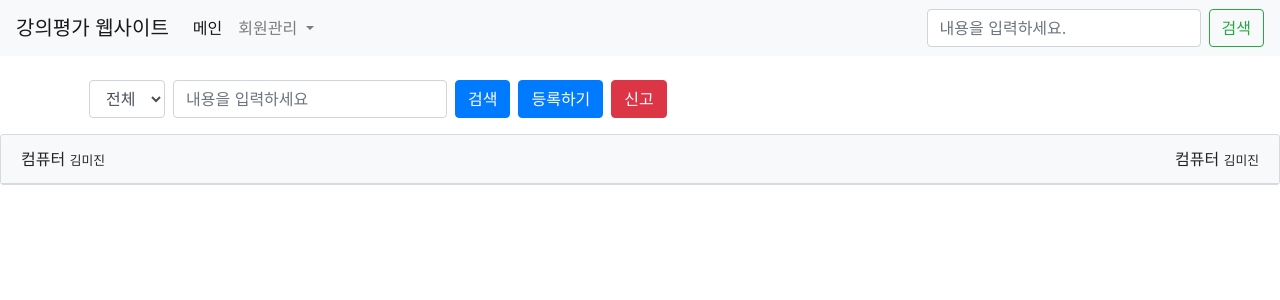
Repository: mijin99/lecture-evaluation
Page: http://localhost/Lecture_Evaluation/
These files come from the project's save history. The page is drawn as it stood at one moment and after the next save; the edit follows.
The browser window is 1280 px wide. The pictures show the whole page.
The page is served by Tomcat 9. Other server files are loaded and not shown.

Above is the page before, as saved 2020-12-24 17:20:28.

### Lecture Evaluation/WebContent/index.jsp
<%@ page language="java" contentType="text/html; charset=UTF-8"
    pageEncoding="UTF-8"%> <!--  한글로 -->
    <!-- PUBLIC부터 쭉 지움 -> HTML5 사용을 위해  -->
<!DOCTYPE html>
<html>
<head>
	<meta http-equiv="Content-Type" content="text/html; charset=UTF-8">
	<!-- 반응형웹이기 때문에 뷰 포트에 관련한 메타태그를 넣어줘야함 /디바이스너비                           -->
	<meta name ="viewport" content="width=device-width, initial-scale=1, Shrink-to-fit =no" >
	<title>강의평가 웹사이트</title>
	<!--  부트스트랩 css추가 -->
	<link rel="stylesheet" href="./css/bootstrap.min.css">
	<!--  커스텀 css추가 -->
	<link rel="stylesheet" href="./css/custom.css">
</head>
<body>
	<!--네비게이션  바 (HTML5부터)/부트스트랩이 제공 밝은 하양바-->
	<nav class="navbar navbar-expand-lg navbar-light bg-light">
		<!-- 부트스트랩안에서 로고 같은거 출력 -->
		<a class="navbar-brand" href="index.jsp">강의평가 웹사이트</a>
		<!-- 누르면 navbar id요소가 보였다 안보였다. -->
		<button class="navbar-toggler" type="button" data-toggle="collapse" data-target="#navbar">
			<!-- 점 3개 아이콘 -->
			<span class="navbar-toggler-icon"></span>
		</button>
		<!-- 버튼 눌러서 나타났다, 사라졌다 하는 부분  #navbar << 이거-->
		<div id="navbar" class="collapse navbar-collapse">
			<ul class="navbar-nav mr-auto">
				<li class="nav-item active">
					<a class="nav-link" href="index.jsp">메인</a>
				</li>
				<!-- 누르면 목록나옴 dropdown  -->
				<li class="nav-item dropdown">
				<!-- 눌르면 나타났다 사라졌다.. toggle -->
					<a class="nav-link dropdown-toggle" id="dropdown" data-toggle="dropdown">
						회원관리
					</a>
					<div class="dropdown-menu" aria-labelledby="dropdown">
						<a class="dropdown-item" href="#">로그인</a>
						<a class="dropdown-item" href="#">회원가입</a>
						<a class="dropdown-item" href="#">로그아웃</a>
					</div>
				</li>
			</ul>
			<!-- 검색창  -->
			<form class="form-inline my-2 my-lg-0">
				<input class="form-control mr-sm-2" type="search" placeholder="내용을 입력하세요." aria-label="Search">
					<!-- 전송버튼 -->
				<button class="btn btn-outline-success my-2 my-sm-0" type="submit">검색</button>
			</form>
		</div>
	</nav>

	<!-- 본문 내용 -->   <!-- 컨테이너 - 반응형 -->
	<section class="container">						<!-- 위로 마진 3 -->
		<form method="get" action="./index.jsp" class="form-inline mt-3">
			<!-- 강의 구분  -->								<!-- 마진 -->
			<select name="lectureDivide" class="form-control mx-1 mt-2">
				<option value="전체">전체</option>
				<option value="전공">전공</option>
				<option value="교양">교양</option>
				<option value="기타">기타</option>
			</select>
			<input type="text" name="search" class="form-control mx-1 mt-2" placeholder="내용을 입력하세요">
			<button type="submit" class="btn btn-primary mx-1 mt-2">검색</button>
			<!-- 모달창으로 강의평가 등록하기 -->						<!-- 웹페이지 위쪽 등록양식 -->
			<a class="btn btn-primary mx-1 mt-2" data-toggle="modal" href="#registerModal">등록하기</a>
			<a class="btn btn-danger mx-1 mt-2" data-toggle="modal" href="#reportModal">신고</a>
		</form>
	</section>

	<!-- 강의평가 등록했을 때 -->
	<div class="card bg-light mt-3">
		<div class="card-header bg-light">
			<div class="row">
				<div class="col-8 text-left">컴퓨터&nbsp;<small>김미진</small></div>
				<div class="col-4 text-right">컴퓨터&nbsp;<small>김미진</small></div>
			</div>
		</div>
	</div>

	<!-- 등록하기 모달창 -->
	<div class="modal fade" id="registerModal" tabindex="-1" role="dialog" aria-labelledby="modal" aria-hidden="true">
		<!-- 모달창임을 알려줌 -->
		<div class="modal-dialog">
			<!-- 모달 창 안에 내용 정의-->
			<div class="modal-content">
				<!-- 헤더와 바디로 구성 -->
				<div class="modal-header">
					<h5 class="modal-title" id="modal">평가등록</h5>
					<!-- 닫기버튼 누르면 닫히게 -->
					<button type="button" class="close" data-dismiss="modal" aria-label="Close">
						<span aria-hidden="true">&times;</span>
					</button>
				</div>
				<div class="modal-body">
					<!-- 평가 등록 요청 -->
					<form action="./evaluationRegisterAction.jsp" method="post">
						<!-- 하나의 행을 여러개 열로 나눌때  1행-->
						<div class="form-row">
							<!-- 컬럼 -->
							<div class="form-group col-sm-6">
								<label>강의명</label>
								<input type="text" name="lectureName" class="form-control" maxlength="20">
							</div>
							<div class="form-group col-sm-6">
								<label>교수명</label>
								<input type="text" name="professorName" class="form-control" maxlength="20">

							</div>
						</div>

						<!-- 2행 -->
						<div class="form-row">
							<!-- 폼그룹 - 무언가 선택할 때  -->
							<div class="form-group col-sm-4">
								<label>수강 연도</label>
								<select name="lectureYear" class="form-control">
									<option value="2011">2011</option>
									<option value="2012">2012</option>
									<option value="2013">2013</option>
									<option value="2014">2014</option>
									<option value="2015">2015</option>
									<option value="2016">2016</option>
									<option value="2017">2017</option>
									<option value="2018">2018</option>
									<option value="2019">2019</option>
									<option value="2020" selected>2020</option>
									<option value="2021">2021</option>
									<option value="2022">2022</option>
									<option value="2023">2023</option>
								</select>
							</div>
							<div class="form-group col-sm-4">
								<label>수강 학기</label>
								<select name="semesterDivide" class="form-control">
									<option value="1학기" selected>1학기 </option>
									<option value="여름학기" >여름학기 </option>
									<option value="2학기" >2학기 </option>
									<option value="겨울학기" >겨울학기 </option>
								</select>
							</div>

							<div class="form-group col-sm-4">
								<label>강의 구분</label>
								<select name="lectureDivide" class="form-control">
									<option value="전공" selected>전공 </option>
									<option value="교양" >교양 </option>
									<option value="기타" >기타 </option>
								</select>
							</div>
						</div>

						<!-- 실제 강의 평가 내용 3행 -->
						<div class="form-group">
							<label>제목</label>
							<input type="text" name="evaluationTime" class="form-control" maxlength="30">
						</div>

						<div class="form-group">
							<label>내용</label>
							<textarea  name="evaluationContext" class="form-control" maxlength="2048" style="height:180px;"></textarea>
						</div>

						<!-- 1개의 행을 여러개로 -->
						<div class="form-row">
							<div class="form-group col-sm-3">
							<label>종합</label>
								<select name="totalScore" class="form-control">
									<option value="A" selected>A</option>
									<option value="B" selected>B</option>
									<option value="C" selected>C</option>
									<option value="D" selected>D</option>
									<option value="F" selected>F</option>
								</select>
							</div>

							<div class="form-group col-sm-3">
							<label>성적</label>
								<select name="creditScore" class="form-control">
									<option value="A" selected>A</option>
									<option value="B" selected>B</option>
									<option value="C" selected>C</option>
									<option value="D" selected>D</option>
									<option value="F" selected>F</option>
								</select>
							</div>

							<div class="form-group col-sm-3">
							<label>널널</label>
								<select name="comfortableScore" class="form-control">
									<option value="A" selected>A</option>
									<option value="B" selected>B</option>
									<option value="C" selected>C</option>
									<option value="D" selected>D</option>
									<option value="F" selected>F</option>
								</select>
							</div>

							<div class="form-group col-sm-3">
							<label>강의</label>
								<select name="lectureScore" class="form-control">
									<option value="A" selected>A</option>
									<option value="B" selected>B</option>
									<option value="C" selected>C</option>
									<option value="D" selected>D</option>
									<option value="F" selected>F</option>
								</select>
							</div>
						</div>
						<!-- 모달 헤더, 바디 ,푸터 -->
						<div class="modal-footer">
							<button  type="button" class="btn btn-secondary" data-dismiss="modal">취소</button>
							<button type="submit" class="btn btn-primary">등록하기</button>
						</div>
					</form>
				</div>
			</div>
		</div>
	</div>

	<!-- 신고하기 모달창 -->
	<div class="modal fade" id="reportModal" tabindex="-1" role="dialog" aria-labelledby="modal" aria-hidden="true">
			<!-- 모달창임을 알려줌 -->
			<div class="modal-dialog">
				<!-- 모달 창 안에 내용 정의-->
				<div class="modal-content">
					<!-- 헤더와 바디로 구성 -->
					<div class="modal-header">
						<h5 class="modal-title" id="modal">신고하기</h5>
						<!-- 닫기버튼 누르면 닫히게 -->
						<button type="button" class="close" data-dismiss="modal" aria-label="Close">
							<span aria-hidden="true">&times;</span>
						</button>
					</div>
					<div class="modal-body">
						<!-- 신고 요청 -->
						<form action="./reportAction.jsp" method="post">

							<!-- 실제 강의 평가 내용 3행 -->
							<div class="form-group">
								<label>신고 제목</label>
								<input type="text" name="reportTitle" class="form-control" maxlength="30">
							</div>

							<div class="form-group">
								<label>신고 내용</label>
								<textarea  name="reportContent" class="form-control" maxlength="2048" style="height:180px;"></textarea>
							</div>

							<!-- 모달 헤더, 바디 ,푸터 -->
							<div class="modal-footer">
								<button  type="button" class="btn btn-secondary" data-dismiss="modal">취소</button>
								<button type="submit" class="btn btn-danger">신고하기</button>
							</div>
						</form>
					</div>
				</div>
			</div>
		</div>

	<!-- 제이쿼리 자바스크립트 추가, 보통 바디 쪽에 아래씀 기본틀 -->
	<script src="./js/jquery.min.js"></script>
	<!-- 파퍼 자바스크립트 추가-->
	<script src="./js/popper.js"></script>
	<!-- 부트스트랩 자바스크립트 추가-->
	<script src="./js/bootstrap.min.js"></script>
</body>
</html>

### Lecture Evaluation/WebContent/css/custom.css
<!--커스텀의 경우 덮어쓰기 , 웹폰트 ,색깔 등등 -->

@import url(https://fonts.googleapis.com/earlyaccess/jejugothic.css);
@import url(http://fonts.googleapis.com/earlyaccess/nanumgothic.css);

Loaded but not shown: Lecture Evaluation/WebContent/css/bootstrap.min.css (library); Lecture Evaluation/WebContent/js/jquery.min.js (library); Lecture Evaluation/WebContent/js/popper.js (library); Lecture Evaluation/WebContent/js/bootstrap.min.js (library)

After the next save:
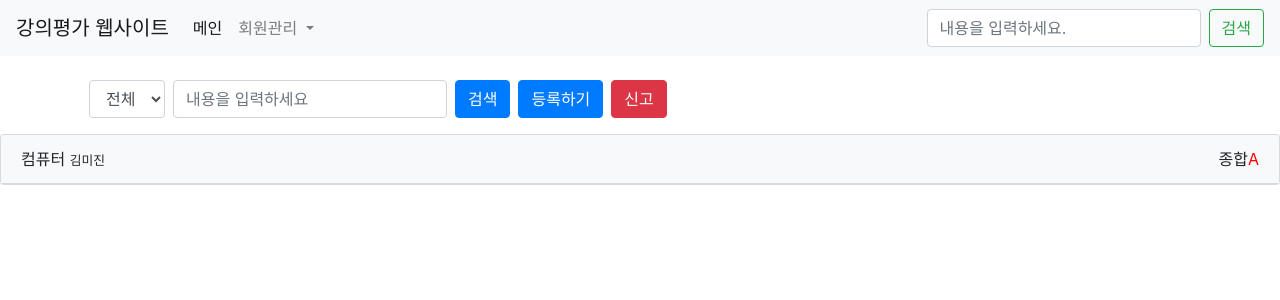
Saved 25 s later.
--- a/Lecture Evaluation/WebContent/index.jsp
+++ b/Lecture Evaluation/WebContent/index.jsp
@@ -74,7 +74,9 @@
 		<div class="card-header bg-light">
 			<div class="row">
 				<div class="col-8 text-left">컴퓨터&nbsp;<small>김미진</small></div>
-				<div class="col-4 text-right">컴퓨터&nbsp;<small>김미진</small></div>
+				<div class="col-4 text-right">
+					종합<span style="color :red;">A</span>
+				</div>
 			</div>
 		</div>
 	</div>
